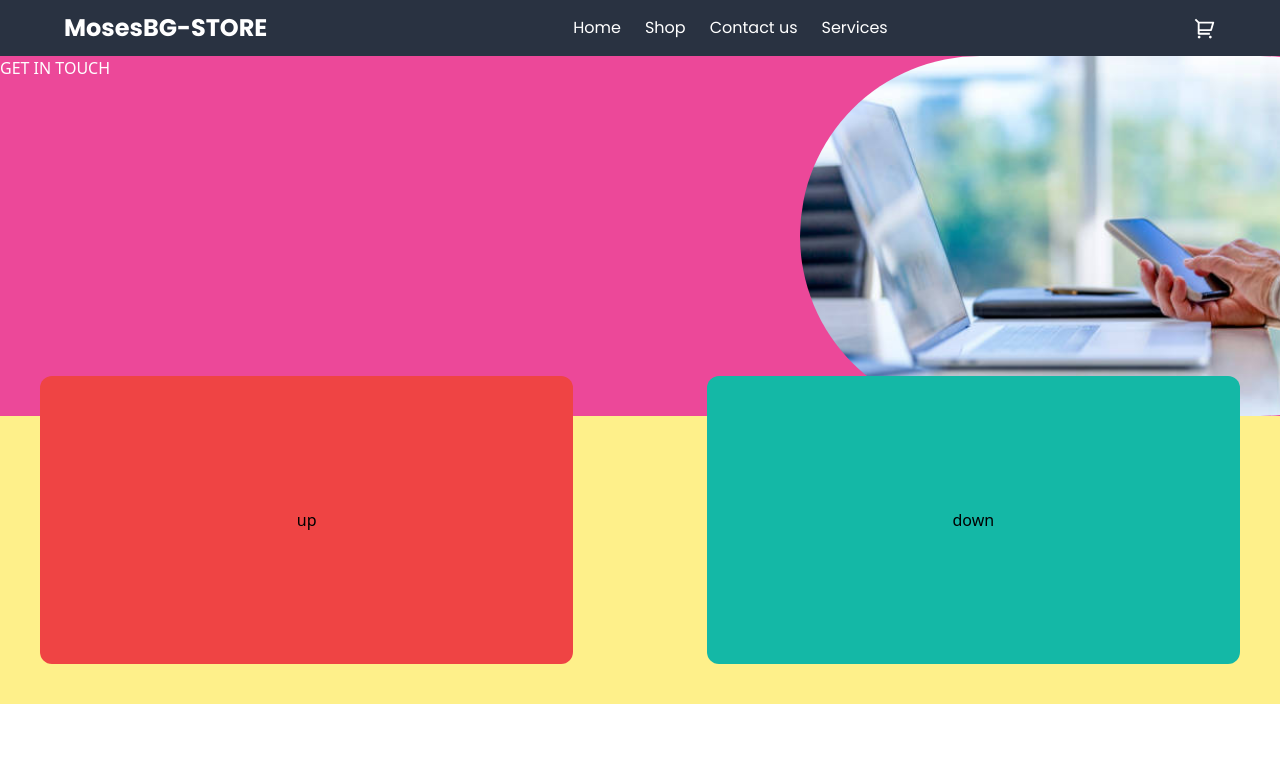
Repository: moshebengan/cart
Page: /fake-store/contact-us
The author's editor kept a copy of each file at every save. The page is drawn from the files as they stood at one save, then again after the next save.
The browser window is 1280 px wide. The pictures show the whole page.
The project was rebuilt for these pictures with package versions that can differ from the ones it lists, and the page was loaded fresh each time. Also part of the build but not shown: vite.config.js, src/components/Error.jsx, src/utils/data.js, src/utils/apiCalls.js, src/components/Loading.jsx, src/components/Products.jsx, src/components/Footer.jsx, src/pages/HomePage.jsx and 5 more.

Above is the page before, as saved 2024-09-16 08:48:49.

### index.html
<!DOCTYPE html>
<html lang="en">
  <head>
    <meta charset="UTF-8" />
    <link rel="icon" type="image/svg+xml" href="/vite.svg" />
    <meta name="viewport" content="width=device-width, initial-scale=1.0" />
    <link rel="preconnect" href="https://fonts.googleapis.com" />
    <link rel="preconnect" href="https://fonts.gstatic.com" crossorigin />
    <link
      href="https://fonts.googleapis.com/css2?family=Poppins:ital,wght@0,100;0,200;0,300;0,400;0,500;0,600;0,700;0,800;0,900;1,100;1,200;1,300;1,400;1,500;1,600;1,700;1,800;1,900&display=swap"
      rel="stylesheet"
    />
    <title>MosesBG-SHOP</title>
  </head>
  <body>
    <div id="root"></div>
    <script type="module" src="/src/main.jsx"></script>
  </body>
</html>

### src/main.jsx
import { StrictMode } from 'react'
import { createRoot } from 'react-dom/client'

import './index.css'
import { createBrowserRouter, RouterProvider } from 'react-router-dom'
import routes from './routes.jsx'

const router = createBrowserRouter(routes)

createRoot(document.getElementById('root')).render(
  <StrictMode>
    <RouterProvider router={router} />
  </StrictMode>,
)

### src/index.css
@tailwind base;
@tailwind components;
@tailwind utilities;

body,
html {
  height: 100%;
  width: 100%;
}

.container {
  width: 90%;
  margin: auto;
}

### src/routes.jsx
import Error from "./components/Error";
import ContactUs from "./pages/ContactUs";
import HomePage from "./pages/HomePage";
import MyCart from "./pages/MyCart";
import NavigationBar from "./pages/NavigationBar";
import ShopPage from "./pages/ShopPage";


const routes = [
	{
		path: '/fake-store',
		element: <NavigationBar />,
		children: [
			{
				path:"home",
				element:<HomePage/>,
				errorElement: <Error/>
			},
			{ 	path: 'shop',
				 	element: <ShopPage />,
					errorElement: <Error/>

			},
			{
				path: 'cart',
				element: <MyCart />,
				errorElement: <Error/>
			},
			{
				path:'contact-us',
				element: <ContactUs/>,
				errorElement: <Error />
			}
		]

	},

];

export default routes

### src/pages/ContactUs.jsx


const ContactUs = () => {
  return (
    <div className="w-full h-screen flex flex-col overflow-x-hidden">
    <div className="bg-dark-blue w-full h-[50%] relative">
        <div className="h-full bg-pink-500 flex flex-col">
            <h3 className="text-white font-2xl">GET IN TOUCH</h3>
        </div>
      <img src="/public/contactus2.jpg" alt="" className="w-[50%] h-full absolute -right-40 top-0 rounded-full object-cover"  />
      </div>
      <div className="w-full h-[40%] bg-yellow-200 flex flex-row relative">
        <div className="absolute ml-10 w-5/12 h-full bg-red-500 left-0  -top-10 flex items-center justify-center rounded-xl" >up</div>
        <div className="absolute mr-10 w-5/12 h-full bg-teal-500 right-0 -top-10 flex items-center justify-center rounded-xl">down</div>
        {/* <div className="absolute -top-10 left-10 bg-yellow-300 flex-initial w-64">left</div>
        <div className="absolute -top-10 right-10 bg-pink-400 flex-initial w-32 ">right</div> */}
      </div>
      <div className="bg-white w-full h-[10%]"></div>
    </div>
  )
}

export default ContactUs

### src/pages/NavigationBar.jsx
import { useState } from "react";
import { Link, Outlet } from "react-router-dom";
import { IoMdMenu, IoMdClose } from "react-icons/io";
import Cart from "../components/Cart";

const NavigationBar = () => {
  const [isOpen, setIsOpen] = useState(false);
  const [cartItems, setCartItems] = useState(0);

  const openNav = () => {
    setIsOpen(!isOpen);
  };

  const resetNav = () => {
    if (isOpen) setIsOpen(!isOpen);
  };

  return (
    <>
      <div className="w-full bg-dark-blue font-poppins">
        <div className="container">
          <nav className="py-3 flex justify-between items-center text-white">
            <h1 className="font-bold text-2xl">MosesBG-STORE</h1>
            <div className="hidden md:flex gap-6">
              <Link to={"/fake-store/home"}>Home</Link>
              <Link to={"/fake-store/shop"}>Shop</Link>
              <Link to={"/fake-store/contact-us"}>Contact us</Link>
              <Link>Services</Link>
            </div>
            <div className="flex flex-row items-center gap-5">
              <Cart resetNav={resetNav} items={cartItems} />
              <div className="z-50 md:hidden">
                <button className="flex items-center">
                  {isOpen ? (
                    <IoMdClose className="p1" onClick={openNav} />
                  ) : (
                    <IoMdMenu className="p1" onClick={openNav} />
                  )}
                </button>
              </div>
            </div>
          </nav>
          <div
            className={`container text-dark-blue ${
              isOpen ? "block" : "hidden"
            } `}
          >
            <div className="z-40 fixed top-0 left-0 bottom-0 w-full bg-dark-blu opacity-35"></div>
            <nav className="z-50 fixed top-0 left-0 bottom-0 flex flex-col gap-10 w-5/6 max-w-sm py-6 px-6 bg-[#F8F8F8] overflow-y-auto">
              <div>
                <h1 className="font-bold text-3xl">MosesBG-SHOP</h1>
                <hr className="h-px mt-3 bg-gray-200 border-0" />
              </div>
              <div className="flex flex-col gap-5">
                <Link
                  to={"/fake-store"}
                  className="nav-item-hover"
                  onClick={resetNav}
                >
                  Home
                </Link>
                <Link
                  to={"/fake-store/shop"}
                  className="nav-item-hover"
                  onClick={resetNav}
                >
                  Shop
                </Link>
                <Link className="nav-item-hover">Contact Us</Link>
                <Link className="nav-item-hover">Services</Link>
                <hr className="h-px mt-3 bg-gray-200 border-0" />
              </div>
            </nav>
          </div>
        </div>
      </div>
      <div className="h-screen w-auto">
        <Outlet context={[cartItems, setCartItems]} />
      </div>
    </>
  );
};

export default NavigationBar;

### src/components/Cart.jsx
import { RiShoppingCart2Line } from "react-icons/ri";
import { Link } from "react-router-dom";

const Cart = ({ resetNav, items }) => {
  return (
    <Link to={"/fake-store/cart"} onClick={resetNav}>
      <div className="relative">
        <RiShoppingCart2Line size={"1.4em"} />
        <span className="absolute text-xs bg-orange-500 p-0.3 px-1 text-red-50 rounded-full -top-1.5 left-4">
          {items > 0 ? items : ""}
        </span>
      </div>
    </Link>
  );
};

export default Cart;

### tailwind.config.js
/** @type {import('tailwindcss').Config} */
export default {
  content: [
    "./index.html",
    "./src/**/*.{js,ts,jsx,tsx}",
  ],
  theme: {
    fontFamily: {
      poppins: ["Poppins", "sans-serif"]
    },
    extend: {
      backgroundImage: {
        "homepage-image": "url('/public/bghomepage.jpg')",
        "homepage-darker": "url('/public/darkerbg.jpg')",
        "contact-us-image": "url('/public/contactus.jpg')"
      },
      colors: {
      "dark-blue": "#293241"
    },
    keyframes: {
      'fade-in-out': {
        '0%': { opacity: '0', transform: 'scale(0.95)' },
        '100%': { opacity: '1', transform: 'scale(1)' },
      },
    },
    animation: {
      'fade-in-out': 'fade-in-out 0.5s ease-in-out', // Customize duration and easing
    },
  }
  },
  plugins: [],
}

After the next save:
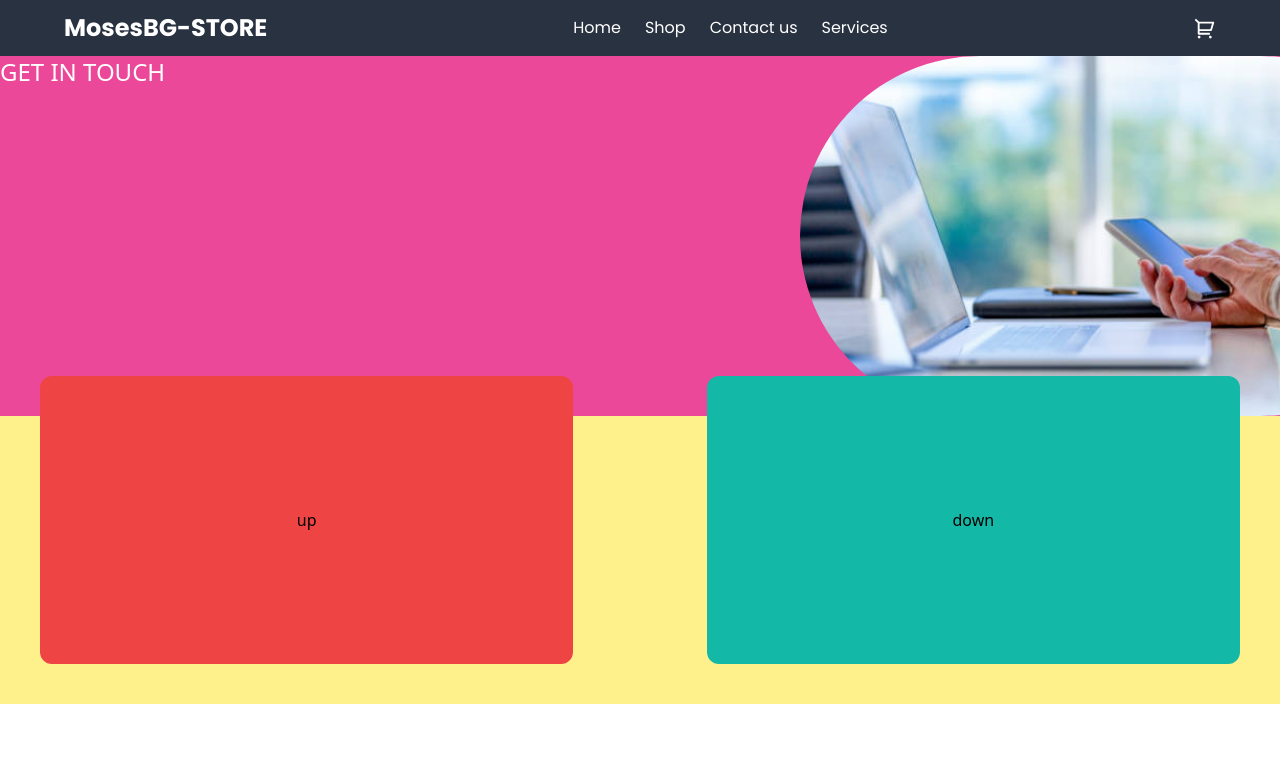
Saved 6 s later.
--- a/src/pages/ContactUs.jsx
+++ b/src/pages/ContactUs.jsx
@@ -5,7 +5,7 @@ const ContactUs = () => {
     <div className="w-full h-screen flex flex-col overflow-x-hidden">
     <div className="bg-dark-blue w-full h-[50%] relative">
         <div className="h-full bg-pink-500 flex flex-col">
-            <h3 className="text-white font-2xl">GET IN TOUCH</h3>
+            <h3 className="text-white text-2xl">GET IN TOUCH</h3>
         </div>
       <img src="/public/contactus2.jpg" alt="" className="w-[50%] h-full absolute -right-40 top-0 rounded-full object-cover"  />
       </div>
